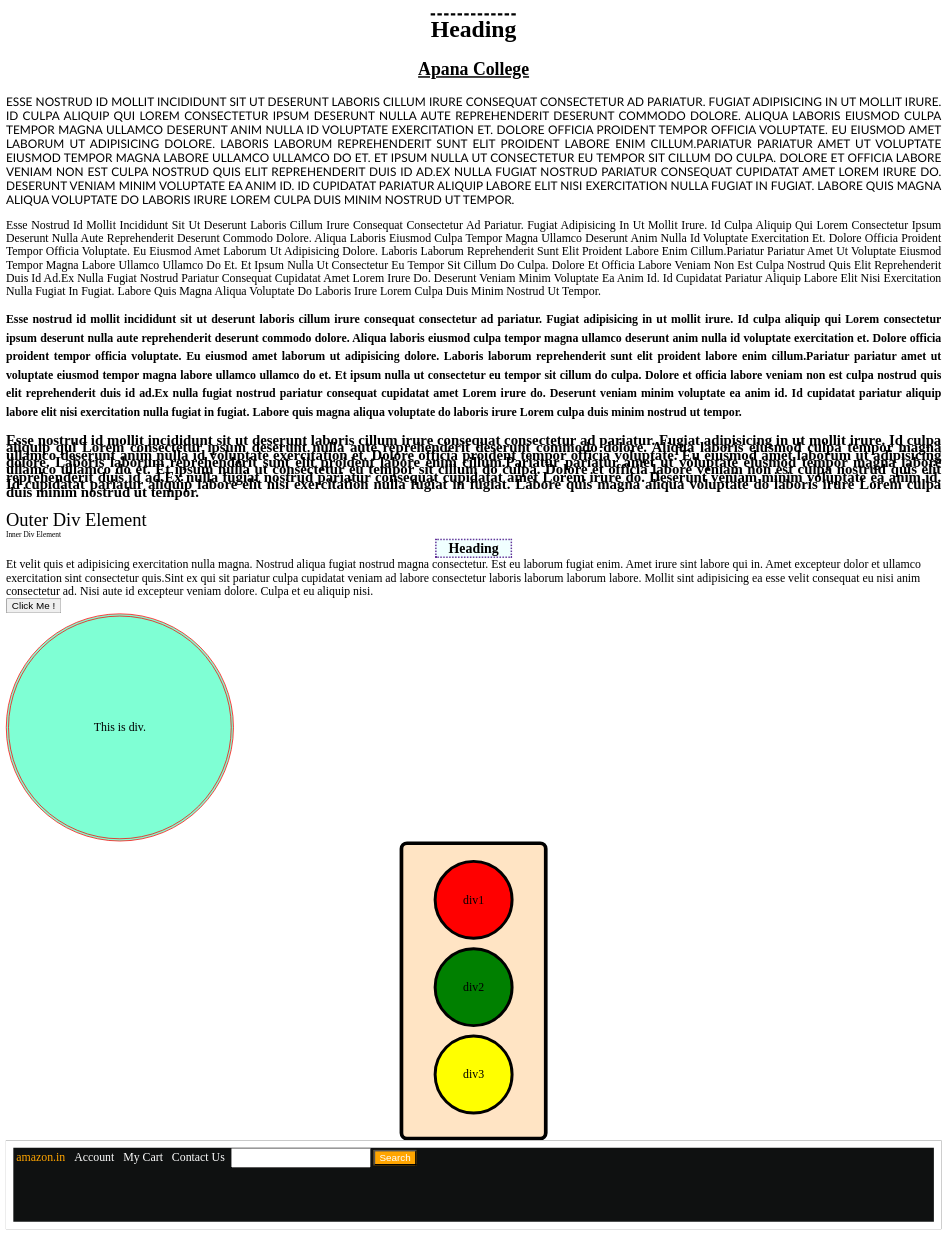
Repository: rakeshkolpepatil/CSS_Apana_College
Page: index.html
The author's editor kept a copy of each file at every save. The page is drawn from the files as they stood at one save, then again after the next save.
The browser window is 1280 px wide. The pictures show the whole page, at 74% of full size.

Above is the page before, as saved 2023-06-22 21:53:36.

### index.html
<!DOCTYPE html>
<html lang="en">
<head>
  <meta charset="UTF-8">
  <meta name="viewport" content="width=device-width, initial-scale=1.0">
  <title>Document</title>
  <link rel="stylesheet" href="styleTwo.css">
</head>
<body>
  <h1> Heading </h1>
  <h2> Apana College </h2>
  <p id="pOne">Esse nostrud id mollit incididunt sit ut deserunt laboris cillum irure consequat consectetur ad pariatur. Fugiat adipisicing in ut mollit irure. Id culpa aliquip qui Lorem consectetur ipsum deserunt nulla aute reprehenderit deserunt commodo dolore. Aliqua laboris eiusmod culpa tempor magna ullamco deserunt anim nulla id voluptate exercitation et. Dolore officia proident tempor officia voluptate. Eu eiusmod amet laborum ut adipisicing dolore. Laboris laborum reprehenderit sunt elit proident labore enim cillum.Pariatur pariatur amet ut voluptate eiusmod tempor magna labore ullamco ullamco do et. Et ipsum nulla ut consectetur eu tempor sit cillum do culpa. Dolore et officia labore veniam non est culpa nostrud quis elit reprehenderit duis id ad.Ex nulla fugiat nostrud pariatur consequat cupidatat amet Lorem irure do. Deserunt veniam minim voluptate ea anim id. Id cupidatat pariatur aliquip labore elit nisi exercitation nulla fugiat in fugiat. Labore quis magna aliqua voluptate do laboris irure Lorem culpa duis minim nostrud ut tempor.
  </p>
  <p id="pTwo">Esse nostrud id mollit incididunt sit ut deserunt laboris cillum irure consequat consectetur ad pariatur. Fugiat adipisicing in ut mollit irure. Id culpa aliquip qui Lorem consectetur ipsum deserunt nulla aute reprehenderit deserunt commodo dolore. Aliqua laboris eiusmod culpa tempor magna ullamco deserunt anim nulla id voluptate exercitation et. Dolore officia proident tempor officia voluptate. Eu eiusmod amet laborum ut adipisicing dolore. Laboris laborum reprehenderit sunt elit proident labore enim cillum.Pariatur pariatur amet ut voluptate eiusmod tempor magna labore ullamco ullamco do et. Et ipsum nulla ut consectetur eu tempor sit cillum do culpa. Dolore et officia labore veniam non est culpa nostrud quis elit reprehenderit duis id ad.Ex nulla fugiat nostrud pariatur consequat cupidatat amet Lorem irure do. Deserunt veniam minim voluptate ea anim id. Id cupidatat pariatur aliquip labore elit nisi exercitation nulla fugiat in fugiat. Labore quis magna aliqua voluptate do laboris irure Lorem culpa duis minim nostrud ut tempor.
  </p>
  <p id="pThree">Esse nostrud id mollit incididunt sit ut deserunt laboris cillum irure consequat consectetur ad pariatur. Fugiat adipisicing in ut mollit irure. Id culpa aliquip qui Lorem consectetur ipsum deserunt nulla aute reprehenderit deserunt commodo dolore. Aliqua laboris eiusmod culpa tempor magna ullamco deserunt anim nulla id voluptate exercitation et. Dolore officia proident tempor officia voluptate. Eu eiusmod amet laborum ut adipisicing dolore. Laboris laborum reprehenderit sunt elit proident labore enim cillum.Pariatur pariatur amet ut voluptate eiusmod tempor magna labore ullamco ullamco do et. Et ipsum nulla ut consectetur eu tempor sit cillum do culpa. Dolore et officia labore veniam non est culpa nostrud quis elit reprehenderit duis id ad.Ex nulla fugiat nostrud pariatur consequat cupidatat amet Lorem irure do. Deserunt veniam minim voluptate ea anim id. Id cupidatat pariatur aliquip labore elit nisi exercitation nulla fugiat in fugiat. Labore quis magna aliqua voluptate do laboris irure Lorem culpa duis minim nostrud ut tempor.
  </p>
  <p id="pFour">Esse nostrud id mollit incididunt sit ut deserunt laboris cillum irure consequat consectetur ad pariatur. Fugiat adipisicing in ut mollit irure. Id culpa aliquip qui Lorem consectetur ipsum deserunt nulla aute reprehenderit deserunt commodo dolore. Aliqua laboris eiusmod culpa tempor magna ullamco deserunt anim nulla id voluptate exercitation et. Dolore officia proident tempor officia voluptate. Eu eiusmod amet laborum ut adipisicing dolore. Laboris laborum reprehenderit sunt elit proident labore enim cillum.Pariatur pariatur amet ut voluptate eiusmod tempor magna labore ullamco ullamco do et. Et ipsum nulla ut consectetur eu tempor sit cillum do culpa. Dolore et officia labore veniam non est culpa nostrud quis elit reprehenderit duis id ad.Ex nulla fugiat nostrud pariatur consequat cupidatat amet Lorem irure do. Deserunt veniam minim voluptate ea anim id. Id cupidatat pariatur aliquip labore elit nisi exercitation nulla fugiat in fugiat. Labore quis magna aliqua voluptate do laboris irure Lorem culpa duis minim nostrud ut tempor.
  </p>

  <div id="outer">
    Outer Div Element
    <div id="inner">
      Inner Div Element
    </div>
  </div>

  <h3> Heading </h3>
  <div>
    Et velit quis et adipisicing exercitation nulla magna. Nostrud aliqua fugiat nostrud magna consectetur. Est eu laborum fugiat enim. Amet irure sint labore qui in. Amet excepteur dolor et ullamco exercitation sint consectetur quis.Sint ex qui sit pariatur culpa cupidatat veniam ad labore consectetur laboris laborum laborum labore. Mollit sint adipisicing ea esse velit consequat eu nisi anim consectetur ad. Nisi aute id excepteur veniam dolore. Culpa et eu aliquip nisi.
  </div>
  <button> Click Me ! </button>
  <div id="div4"> This is div. </div>

  <div style="background-color: bisque; width: 150px; margin: auto; padding: 20px; border: 5px solid black; border-radius:10px" >
    <div class="div5"> div1 </div>
    <div class="div5" style="background-color: green;"> div2 </div>
    <div class="div5" style="background-color: yellow;"> div3 </div>
  </div>

  <div id="div6" >
    <div style="display: inline-block; color: orange; padding: 4px;" >amazon.in</div>
    <div style="display: inline-block; color: white; padding: 4px;">Account</div>
    <div style="display: inline-block; color: white; padding: 4px;">My Cart</div>
    <div style="display: inline-block; color: white; padding: 4px;">Contact Us</div>
    <input style="display: inline-block; color: white; padding: 4px;"> </input>
    <button style="background-color: orange; color:white"> Search</button>
  </div>
</body>
</html>

### styleTwo.css
h1{
  text-align: center;
  text-decoration:  dotted underline  ;
  text-decoration:  dashed overline  ;
}

h2{
  text-align: center;
  text-transform: capitalize;
  text-decoration: underline;
}

#pOne{
  text-align: justify;
  text-transform: uppercase;
  font-weight: 100;
  font-family: 'Gill Sans', 'Gill Sans MT', Calibri, 'Trebuchet MS', sans-serif;
}

#pTwo{
  text-transform: capitalize;
  text-align: justify;
  font-weight: 300;
}

#pThree{
  text-align: justify;
  line-height: 25px;
  font-weight: 600;
}

#pFour{
  text-align: justify;
  font-size: 20px;
  line-height: 10px;
  font-weight: 900;
}

#outer{
  font-size: 25px;
}

#inner{
  font-size: 10px;
}

#div4{
  height: 300px;
  width: 300px;
  background-color:aquamarine;

  /* border-width: 4px;
  border-color: black;
  border-style: dotted; */


  display: flex;
  text-align: center;
  justify-content: center;
  align-items: center;

  /* border: 4px solid red; */
  border: 4px double red;
  /* border-radius: 10px; */
  border-radius: 50% ;
}

h3{
  display: flex;
  justify-content: center;
  align-items:center;
  margin-left: 50%;
  /* text-align: center; */
  border: 2px dotted rebeccapurple;
  width: 100px;
  margin: auto;
  background-color:azure;
}

.div5{
  width: 100px;
  height: 100px;
  background-color:red;
  margin: auto;
  margin-bottom: 10px;
  display: flex;
  justify-content: center;
  align-items:center;
  border: 4px solid black;
  border-radius: 50%
}

#div6{
  height: 100px;
  border: 10px solid white;
  background-color:#0f1111;
}

After the next save:
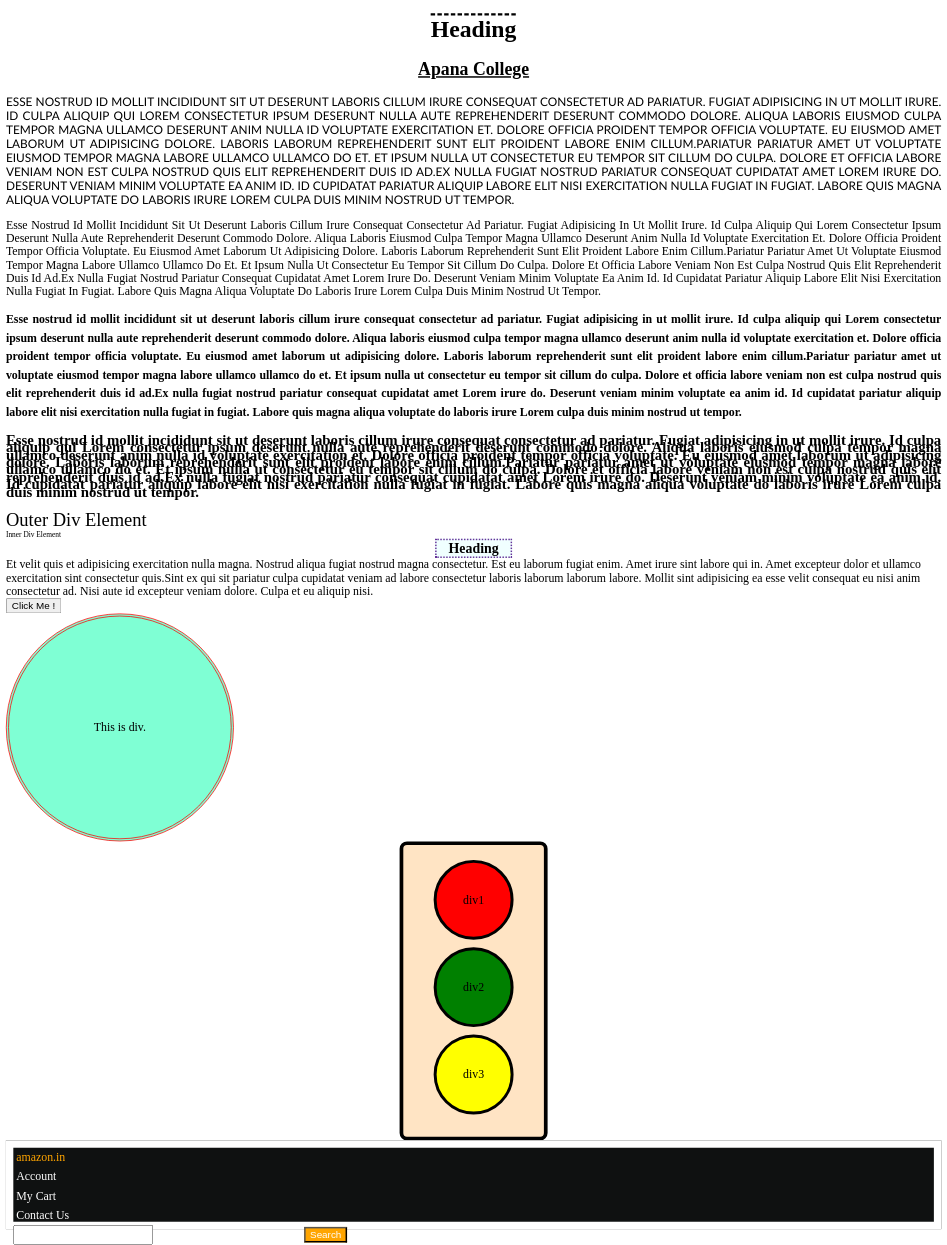
Saved 65 s later.
--- a/index.html
+++ b/index.html
@@ -39,11 +39,11 @@
   </div>
 
   <div id="div6" >
-    <div style="display: inline-block; color: orange; padding: 4px;" >amazon.in</div>
-    <div style="display: inline-block; color: white; padding: 4px;">Account</div>
-    <div style="display: inline-block; color: white; padding: 4px;">My Cart</div>
-    <div style="display: inline-block; color: white; padding: 4px;">Contact Us</div>
-    <input style="display: inline-block; color: white; padding: 4px;"> </input>
+    <div style="margin-right:200px; inline-block; color: orange; padding: 4px;" >amazon.in</div>
+    <div style="margin-right:200px; inline-block; color: white; padding: 4px;">Account</div>
+    <div style="margin-right:200px; inline-block; color: white; padding: 4px;">My Cart</div>
+    <div style="margin-right:200px; inline-block; color: white; padding: 4px;">Contact Us</div>
+    <input style="margin-right:200px; inline-block; color: white; padding: 4px;"> </input>
     <button style="background-color: orange; color:white"> Search</button>
   </div>
 </body>
